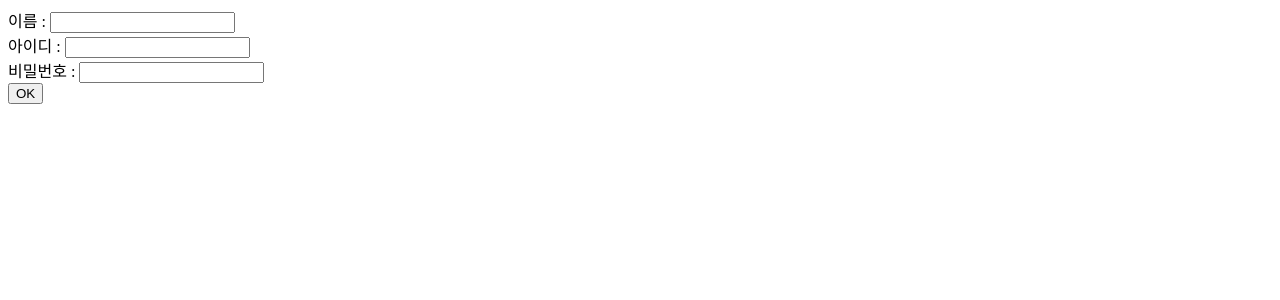
Repository: usonihs/StudyX
Page: JSP/HTML/src/main/webapp/Lec06.html
The author's editor kept a copy of each file at every save. The page is drawn from the files as they stood at one save, then again after the next save.
The browser window is 1280 px wide. The pictures show the whole page.

Above is the page before, as saved 2022-10-19 06:00:39.

After the next save:
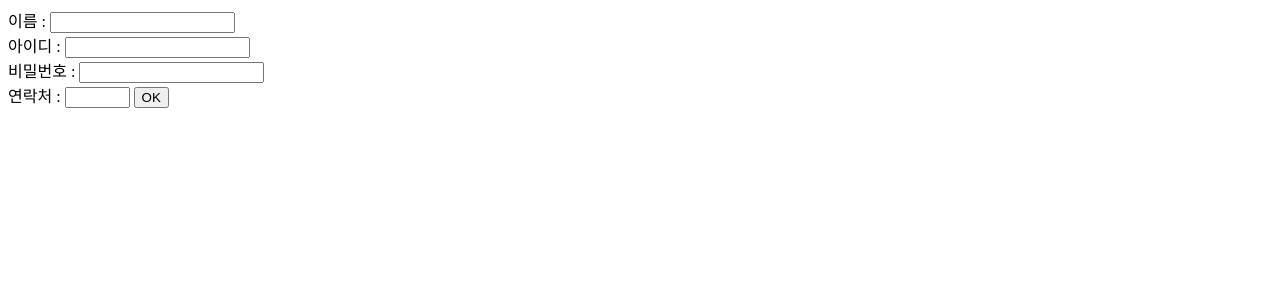
Saved 63 s later.
--- a/JSP/HTML/src/main/webapp/Lec06.html
+++ b/JSP/HTML/src/main/webapp/Lec06.html
@@ -9,6 +9,7 @@
 		이름 : <input type="text" name="userName"><br>
 		아이디 : <input type="text" name="userId"><br>
 		비밀번호 : <input type="password" name="userPassword"><br>
+		연락처 : <input type="text" name="phone1" size="5">
 
 		<input type="submit" name="okBtn" value="OK">
 	</form>
